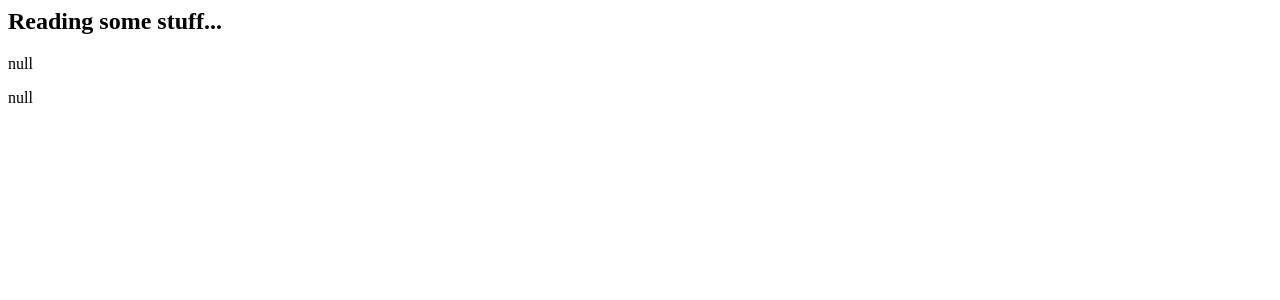
Repository: devjackluo/Java-Servlet-Demo
Page: http://localhost/ServletAppDemo/UserInfoServlet
These files come from the project's save history. The page is drawn as it stood at one moment and after the next save; the edit follows.
The browser window is 1280 px wide. The pictures show the whole page.
The page is served by Tomcat 9.

Above is the page before, as saved 2019-01-31 22:11:38.

After the next save:
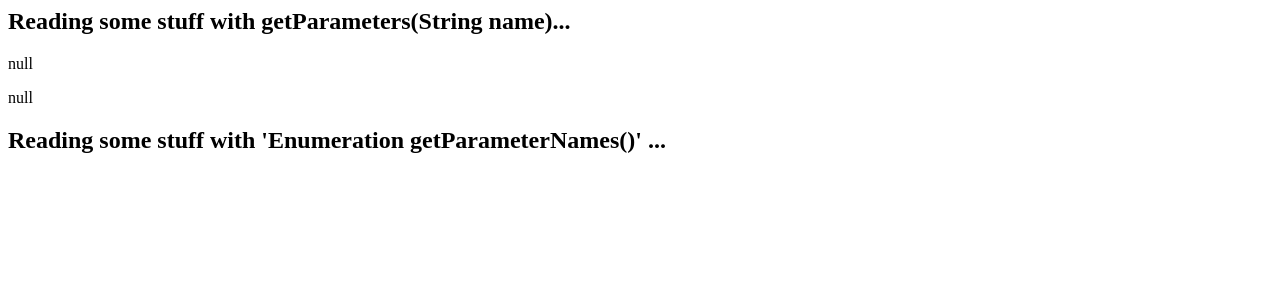
Saved 6 min 41 s later.
--- a/ServletAppDemo/src/com/jack/demos/UserInfoServlet.java
+++ b/ServletAppDemo/src/com/jack/demos/UserInfoServlet.java
@@ -2,6 +2,7 @@ package com.jack.demos;
 
 import java.io.IOException;
 import java.io.PrintWriter;
+import java.util.Enumeration;
 
 import javax.servlet.ServletException;
 import javax.servlet.annotation.WebServlet;
@@ -38,12 +39,21 @@ public class UserInfoServlet extends HttpServlet {
 		String firstName = request.getParameter("firstName");
 		String lastName = request.getParameter("lastName");
 
-		out.println("<h2>Reading some stuff...</h2>");
+		out.println("<h2>Reading some stuff with getParameters(String name)...</h2>");
 		out.println("<div>");
 		out.println("<p>" + firstName + "</p>");
 		out.println("<p>" + lastName + "</p>");
 		out.println("</div>");
 
+		out.println("<h2>Reading some stuff with 'Enumeration getParameterNames()' ...</h2>");
+		Enumeration<String> paramNames = request.getParameterNames();
+		out.println("<div>");
+		while(paramNames.hasMoreElements()) {
+			String paramName = paramNames.nextElement();
+			String paramValue = request.getParameter(paramName);
+			out.println("<p>" + paramName + " : " + paramValue + "</p>");
+		}
+		out.println("</div>");
 	}
 
 	/**
